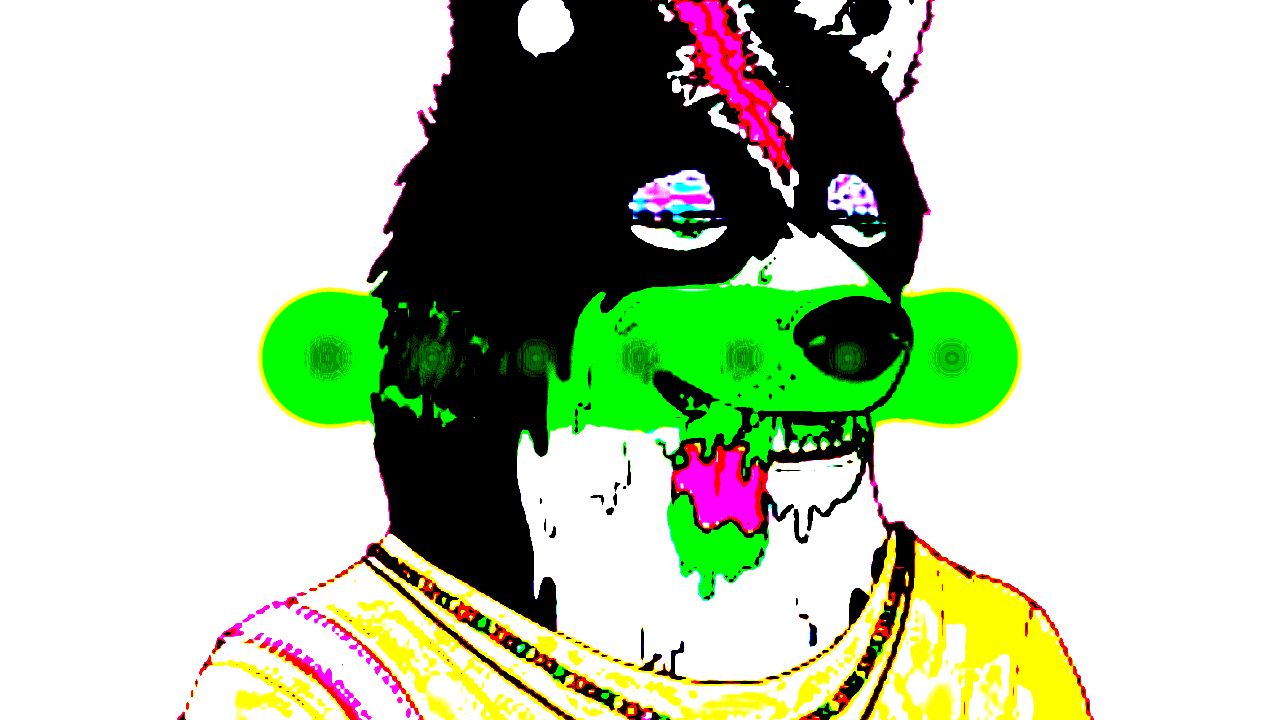
Repository: CSituma/MSCfanArt
Page: index.html
These files come from the project's save history. The page is drawn as it stood at one moment and after the next save; the edit follows.
The browser window is 1280 px wide. The pictures show the whole page.
Some web libraries are served in a nearby version.

Above is the page before, as saved 2022-02-18 02:34:51.

### index.html
<!DOCTYPE html>
<html lang="en">
<head>
    <meta charset="UTF-8">
    <meta name="viewport" content="width=device-width, initial-scale=1.0">
    <link rel="stylesheet" href="style.css">
    <title>Document</title>
</head>
<body>
    <section class="section">
        <div class="container">
            <div></div>
            <div></div>
            <div></div>
            <div></div>
            <div></div>
            <div></div>
            <div></div>
        </div>
    </section>
    <script src="https://code.jquery.com/jquery-3.5.1.js"></script>
    <script src="https://code.jquery.com/ui/1.12.1/jquery-ui.js"></script>
    <script>
        $(function() {
            $(".container div").draggable();
        });
    </script>
</body>
</html>

### style.css
* {
    margin: 0;
    padding: 0;
    box-sizing: border-box;
}

body{
    background-color: black;
}
section {
    width: 100%;
    height: 100vh;

    display: flex;
    align-items: center;
    background: url('Images/MSC.JPG') center/cover no-repeat;
    filter: contrast(50);
    overflow: hidden;
    justify-content: center;
}

.container div {
    width: 140px;
    filter: blur(25px);
    height: 140px;
    background: green;
    display: inline-block;
    border-radius: 50%;
    animation: animate 20s ease-in-out infinite;
}

@keyframes animate {

    0% {
        margin: 10px;
    }

    50% {
        margin: -50px;
    }

    100% {
        margin: 10px;
    }

}

After the next save:
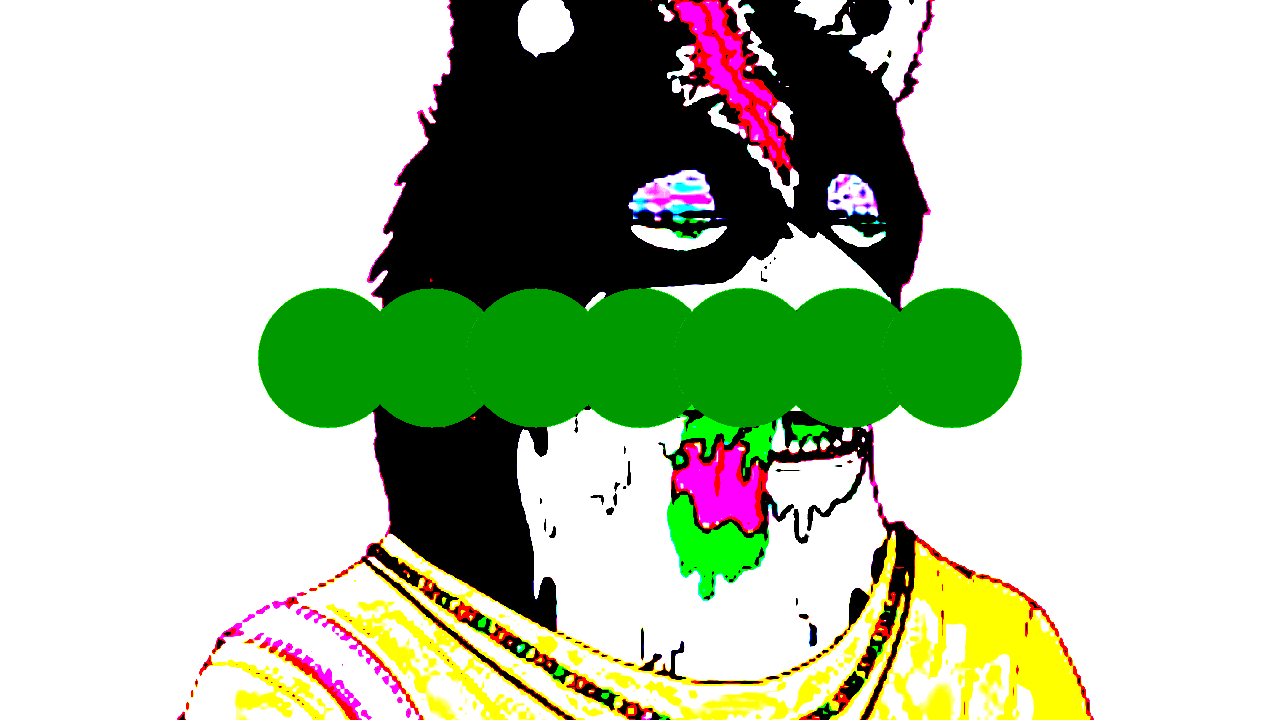
Saved 36 s later.
--- a/style.css
+++ b/style.css
@@ -21,7 +21,6 @@
 
 .container div {
     width: 140px;
-    filter: blur(25px);
     height: 140px;
     background: green;
     display: inline-block;

After the save that followed:
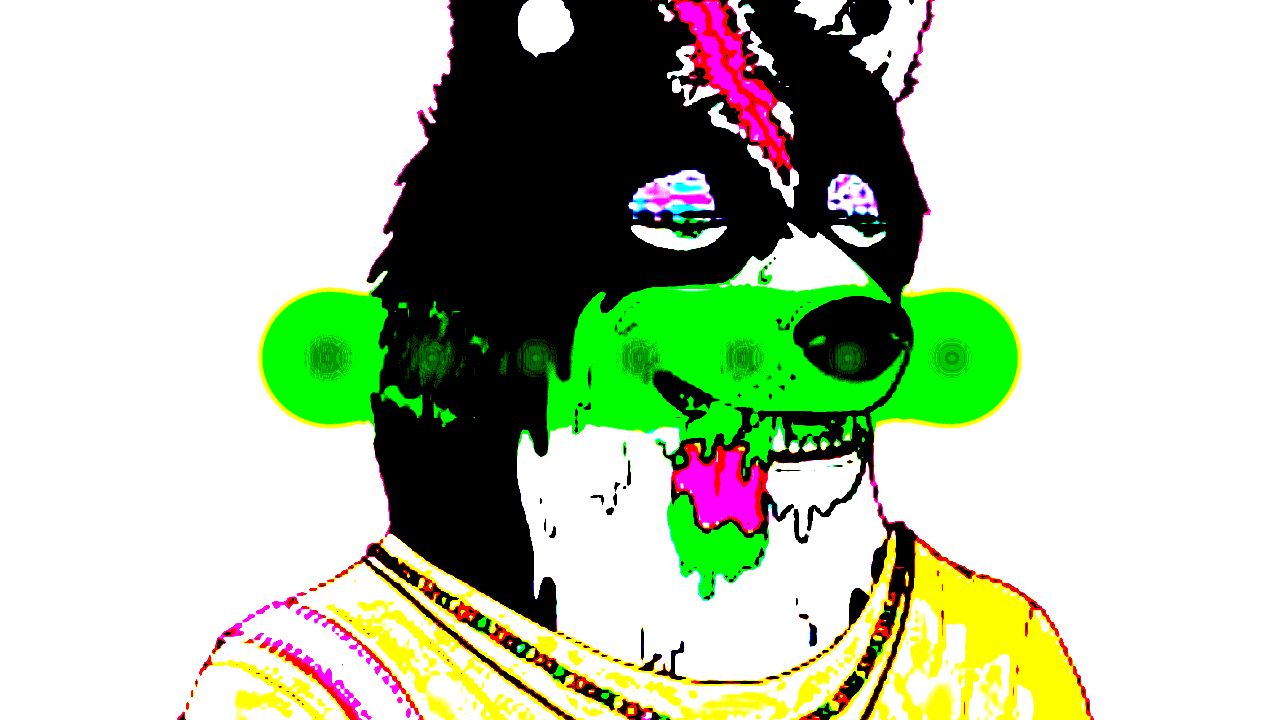
Saved 11 s later.
--- a/style.css
+++ b/style.css
@@ -21,6 +21,7 @@
 
 .container div {
     width: 140px;
+    filter: blur(25px);
     height: 140px;
     background: green;
     display: inline-block;
